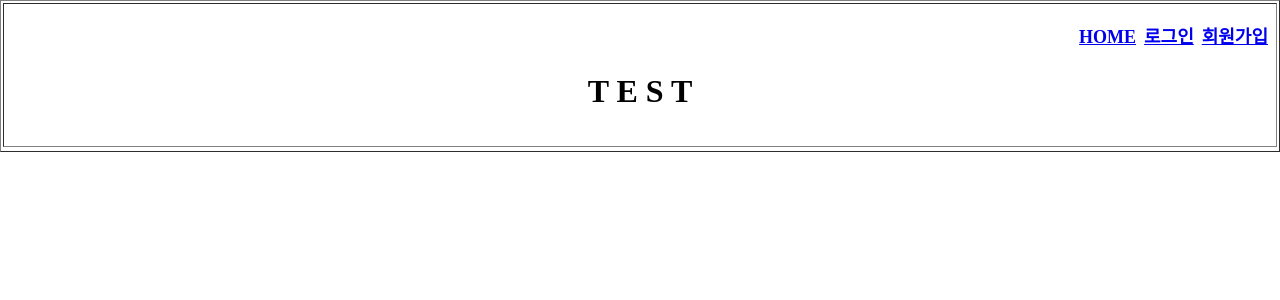
Repository: CHANGMAN-LEE/Java_ee
Page: http://localhost/test/test/writeForm.jsp
An editor plug-in stored every save of this project. The page is shown before and after the next save, followed by the edit.
The browser window is 1280 px wide. The pictures show the whole page.
The page is served by Tomcat 9.

Above is the page before, as saved 2020-07-09 06:19:22.

After the next save:
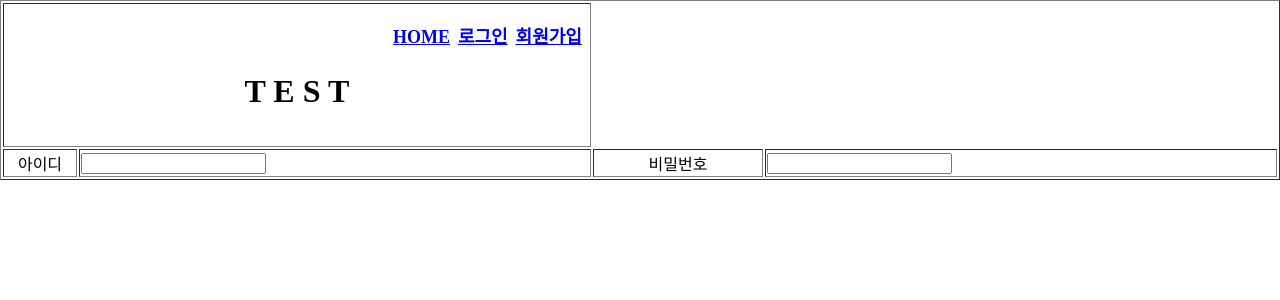
Saved 89 s later.
--- a/workspace/test/WebContent/test/writeForm.jsp
+++ b/workspace/test/WebContent/test/writeForm.jsp
@@ -14,7 +14,17 @@
 	</tr>
 
 	<tr>
+		<td width="70" align="center">아이디</td>
+		<td>
+			<input type="text" name="id" class="id">
+			<div class="idDiv"></div>
+		</td>
 
+		<td align="center">비밀번호</td>
+		<td>
+			<input type="password" name="pwd" class="pwd">
+			<div class="pwdDiv"></div>
+		</td>
 	</tr>
 </table>
 </body>

After the save that followed:
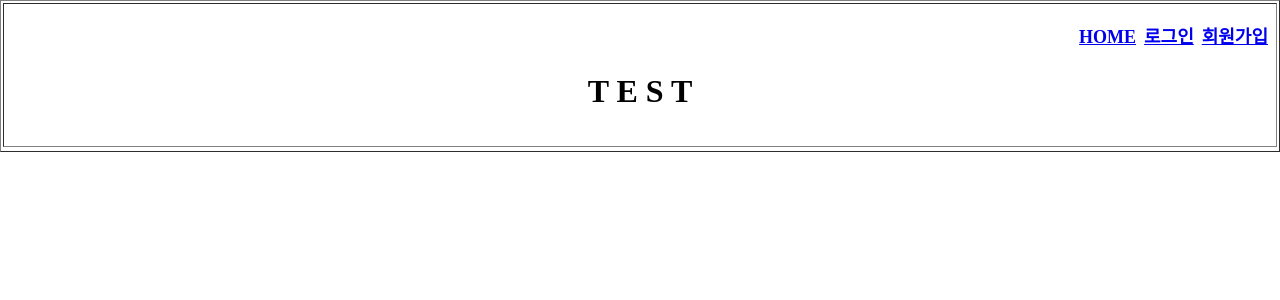
Saved 24 s later.
--- a/workspace/test/WebContent/test/writeForm.jsp
+++ b/workspace/test/WebContent/test/writeForm.jsp
@@ -14,17 +14,7 @@
 	</tr>
 
 	<tr>
-		<td width="70" align="center">아이디</td>
-		<td>
-			<input type="text" name="id" class="id">
-			<div class="idDiv"></div>
-		</td>
 
-		<td align="center">비밀번호</td>
-		<td>
-			<input type="password" name="pwd" class="pwd">
-			<div class="pwdDiv"></div>
-		</td>
 	</tr>
 </table>
 </body>
